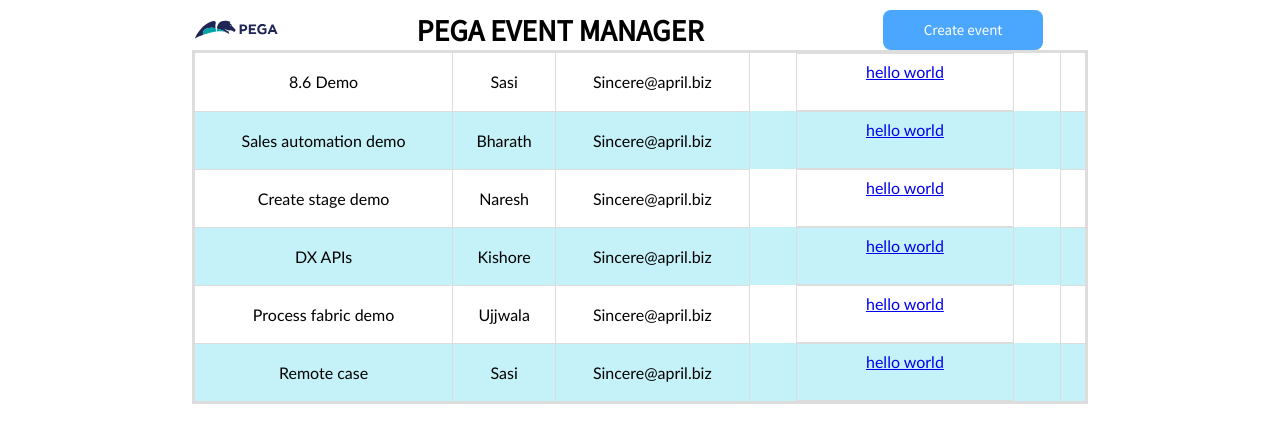
Repository: SasiVeeramachaneni/eventmanager
Page: /
An editor plug-in stored every save of this project. The page is shown before and after the next save, followed by the edit.
The browser window is 1280 px wide. The pictures show the whole page.
The project was rebuilt for these pictures with package versions that can differ from the ones it lists, and the page was loaded fresh each time. Also part of the build but not shown: src/Card.js.

Above is the page before, as saved 2020-09-02 13:26:27.

After the next save:
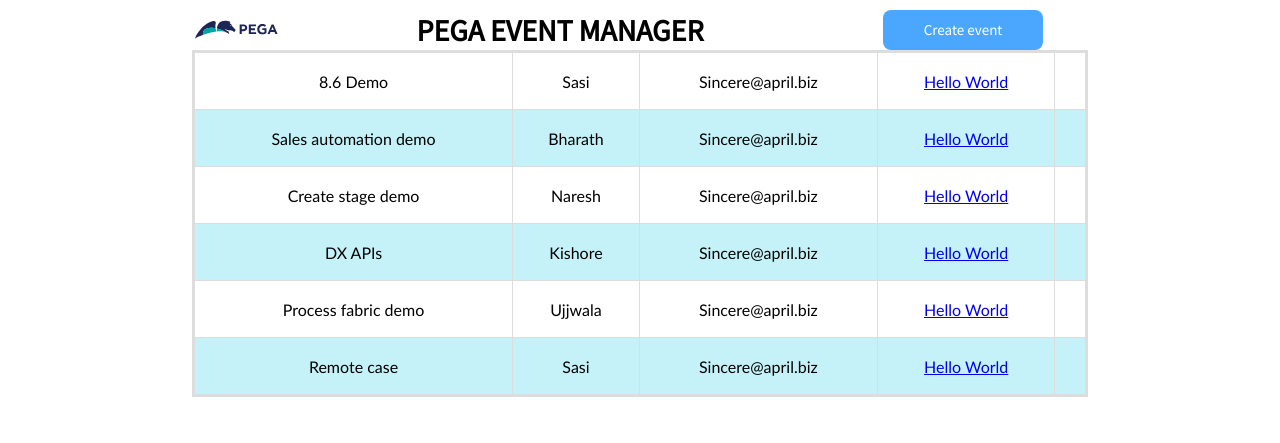
Saved 69 s later.
--- a/src/Events.js
+++ b/src/Events.js
@@ -91,7 +91,11 @@
                <td>{name}</td>
                <td>{username}</td>
                <td>{email}</td>
-               <a href="http://example.com"><td  width="200">hello world</td></a>
+               <td>
+                  <a href="http://example.com">
+                  Hello World
+                  </a>
+                </td>
                <td>{subscribe}</td>
             </tr>
          )
